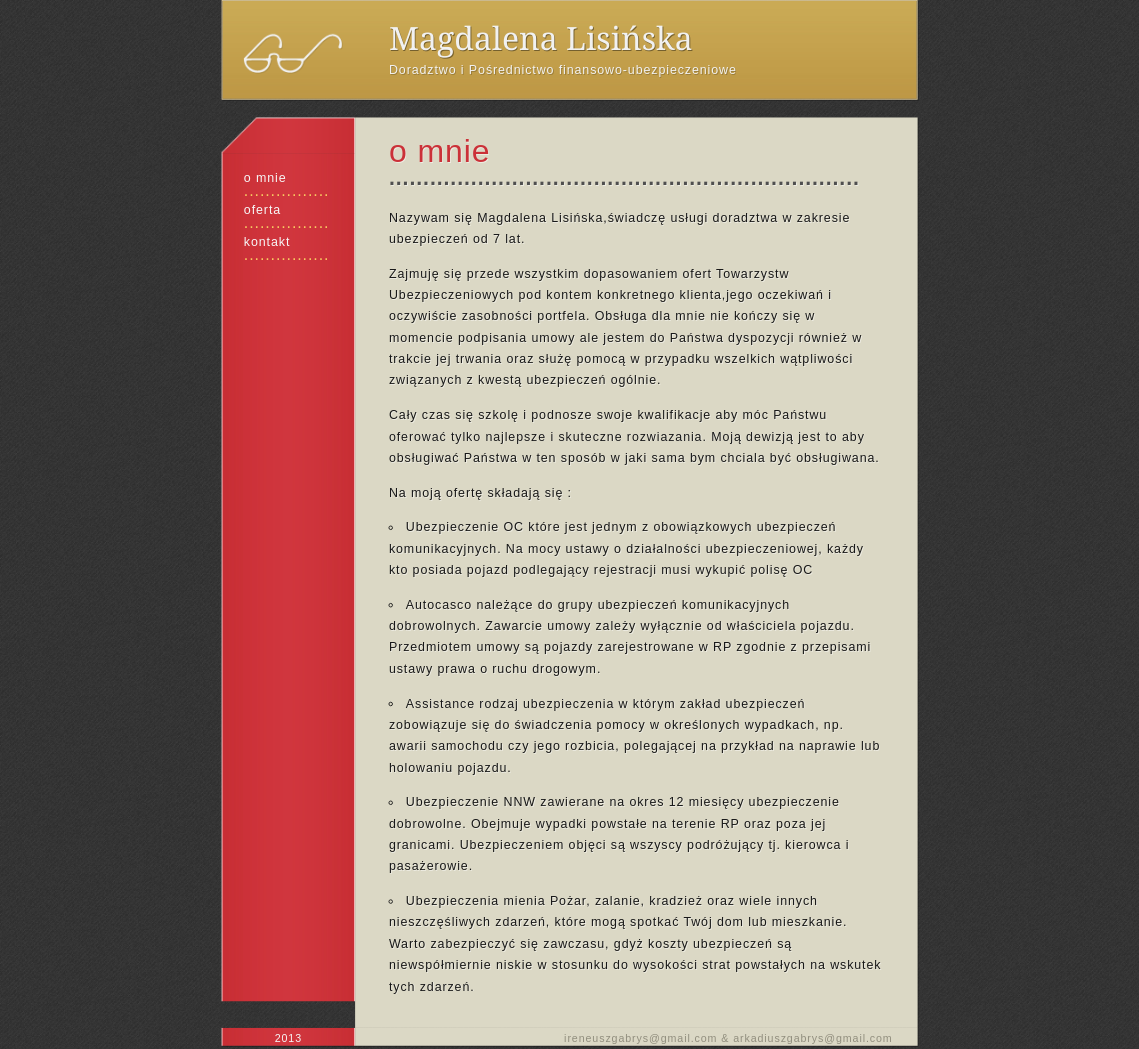
Repository: gabr/php_elicpse_workspace
Page: Magda Lisinska/index.html
An editor plug-in stored every save of this project. The page is shown before and after the next save, followed by the edit.
The browser window is 1280 px wide. The pictures show the whole page, at 89% of full size.

Above is the page before, as saved 2013-03-08 13:38:29.

After the next save:
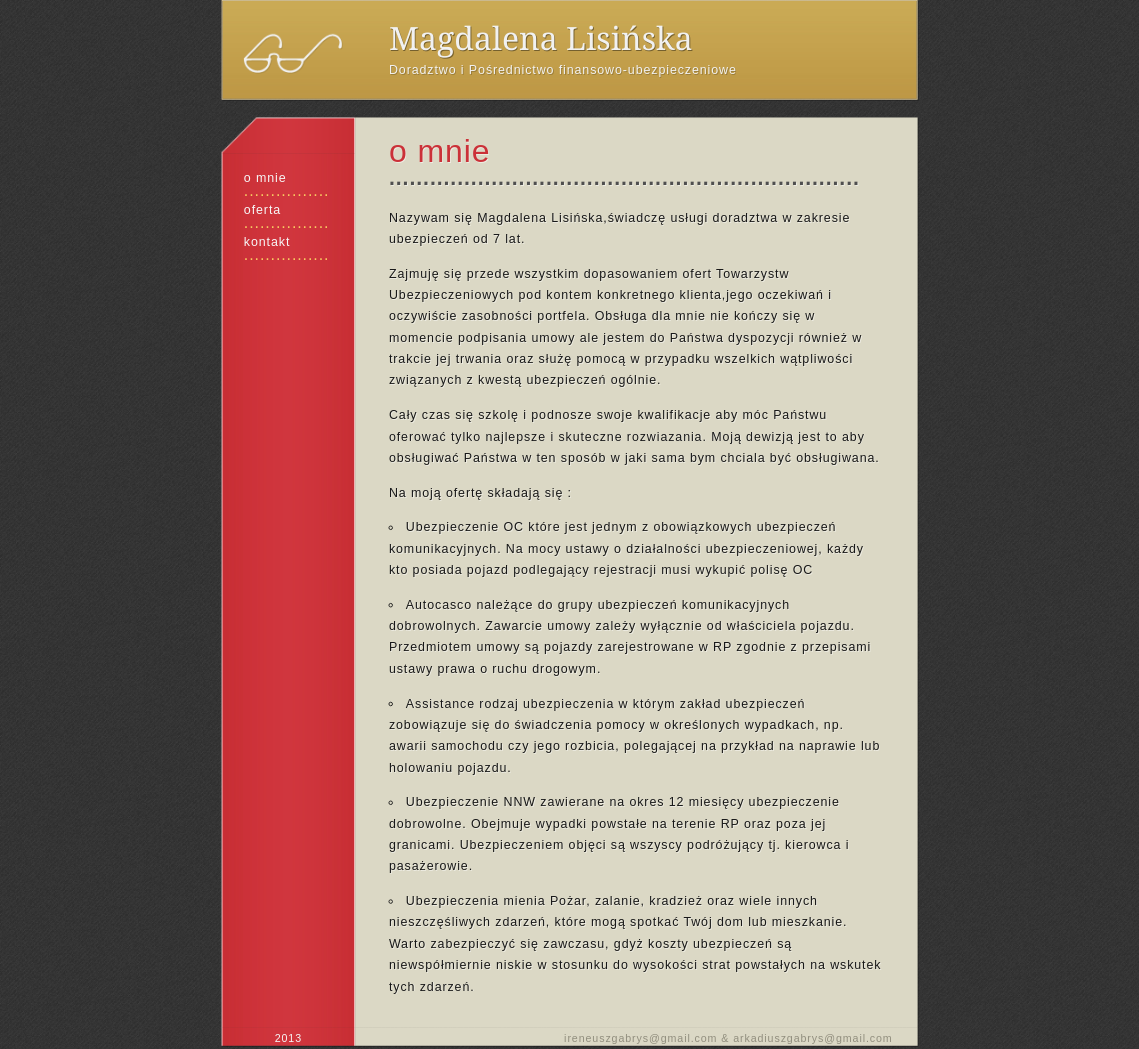
Saved 5 s later.
--- a/Magda Lisinska/index.html
+++ b/Magda Lisinska/index.html
@@ -36,7 +36,7 @@
     <!-- menu -->
     <div id="menu">
       <div id="menu-head"></div>
-      <div id="menu-body" style="height: 953px">
+      <div id="menu-body" style="height: 983px">
         <div id="menu-margin"></div>
         <ul>
           <li><a href="#">o mnie</a></li>
